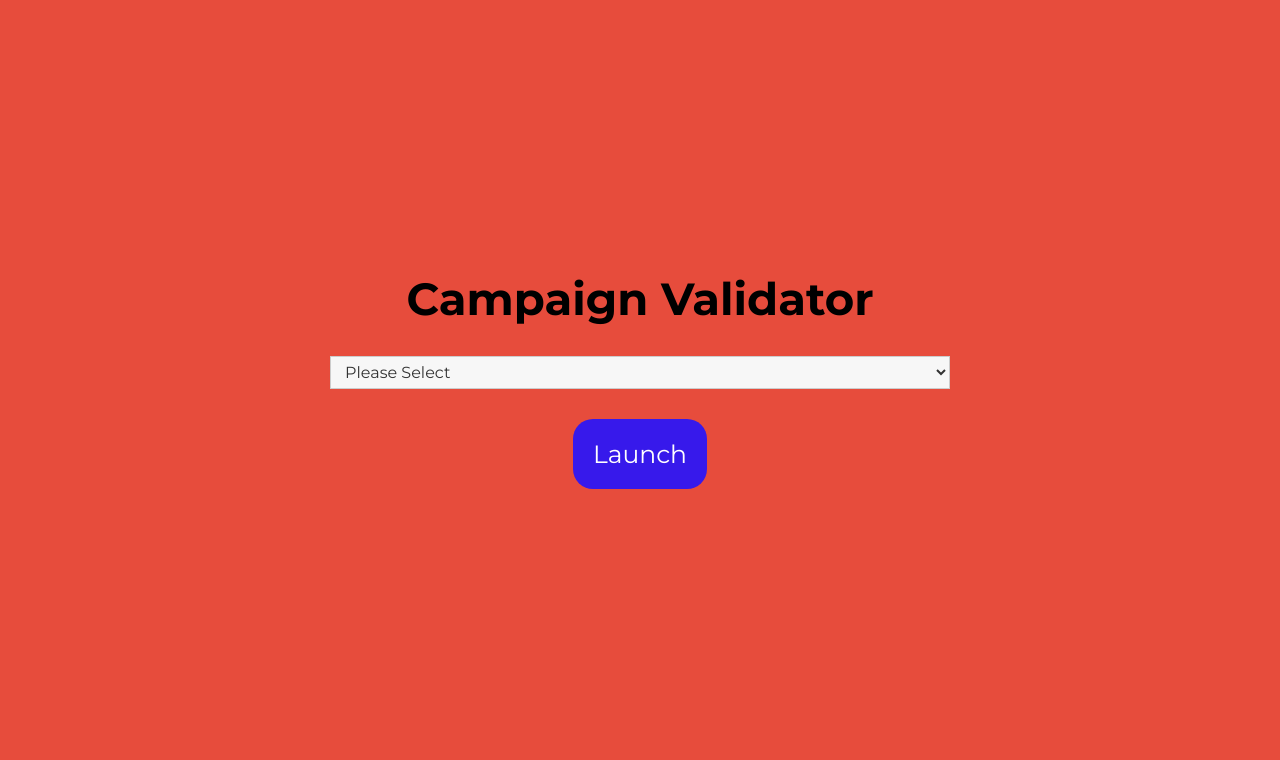
Repository: AbApin/project
Page: / (app in frontend/)
These files come from the project's save history. The page is drawn as it stood at one moment and after the next save; the edit follows.
The browser window is 1280 px wide. The pictures show the whole page.
The page's requests for data from a server got no answer. The project was rebuilt for these pictures with package versions that can differ from the ones it lists, and the page was loaded fresh each time. No one was signed in, and anything a server would have sent is missing. Also part of the build but not shown: frontend/vue.config.js.

Above is the page before, as saved 2023-02-21 16:57:26.

### frontend/public/index.html
<!DOCTYPE html>
<html lang="">
  <head>
    <meta charset="utf-8" />
    <meta http-equiv="X-UA-Compatible" content="IE=edge" />
    <meta name="viewport" content="width=device-width,initial-scale=1.0" />
    <link rel="icon" href="<%= BASE_URL %>favicon.ico" />
    <title><%= htmlWebpackPlugin.options.title %></title>
    <link
      href="https://fonts.googleapis.com/css?family=Montserrat:100,200,300,regular,500,600,700,800,900,100italic,200italic,300italic,italic,500italic,600italic,700italic,800italic,900italic"
      rel="stylesheet"
    />
  </head>
  <body>
    <noscript>
      <strong
        >We're sorry but <%= htmlWebpackPlugin.options.title %> doesn't work properly without
        JavaScript enabled. Please enable it to continue.</strong
      >
    </noscript>
    <div id="app"></div>
    <!-- built files will be auto injected -->
  </body>
</html>

### frontend/src/App.vue
<template>
  <div id="app">
    <h1 class="appTitle">Campaign Validator</h1>
    <select class="campaignsList" v-model="selected">
      <option class="campaignOption" disabled value="">Please Select</option>
      <option
        class="campaignOption"
        :value="campaign"
        v-for="campaign in campaigns"
        :key="campaign"
      >
        {{ campaign.name }}
      </option>
    </select>
    <button class="launchBtn">launch</button>
  </div>
</template>

<script>
import axios from 'axios';

export default {
  name: 'App',
  data() {
    return {
      selected: '',
      campaigns: [],
    };
  },
  async created() {
    await axios
      .get('/campaigns')
      .then((response) => {
        this.campaigns = response.data.campaigns;
      })
      .catch((error) => {
        console.log(error);
      });
  },
};
</script>

<style>
* {
  margin: 0;
  padding: 0;
  box-sizing: 0;
  font-family: 'Montserrat', sans-serif;
}
#app {
  background: #e74c3c;
  display: flex;
  align-items: center;
  justify-content: center;
  flex-direction: column;
  gap: 30px;
  padding: 20px;
  height: 100vh;
}
.appTitle {
  font-size: 45px;
}
.launchBtn {
  font-size: 25px;
  text-transform: capitalize;
  padding: 20px;
  border-radius: 20px;
  border: 0;
  background: rgba(55, 25, 235, 1);
  color: #fff;
  cursor: pointer;
  transition: all 0.3s ease-in;
}
.launchBtn:hover {
  box-shadow: 0 0 10px rgba(55, 25, 235, 1);
}
.campaignsList {
  max-width: 50%;
  width: 100%;
  background-color: #f7f7f7;
  border: 1px solid #ccc;
  color: #333;
  font-size: 16px;
  padding: 5px 10px;
}
.campaignOption {
  -webkit-appearance: none;
  -moz-appearance: none;
  appearance: none;
  padding: 10px !important;
  background: gray;
  color: #fff;
  transition: all 0.3s linear;
}
.campaignOption:hover {
  background: #e74c3c !important;
}
</style>

Loaded but not shown: frontend/src/main.js (common file)

After the next save:
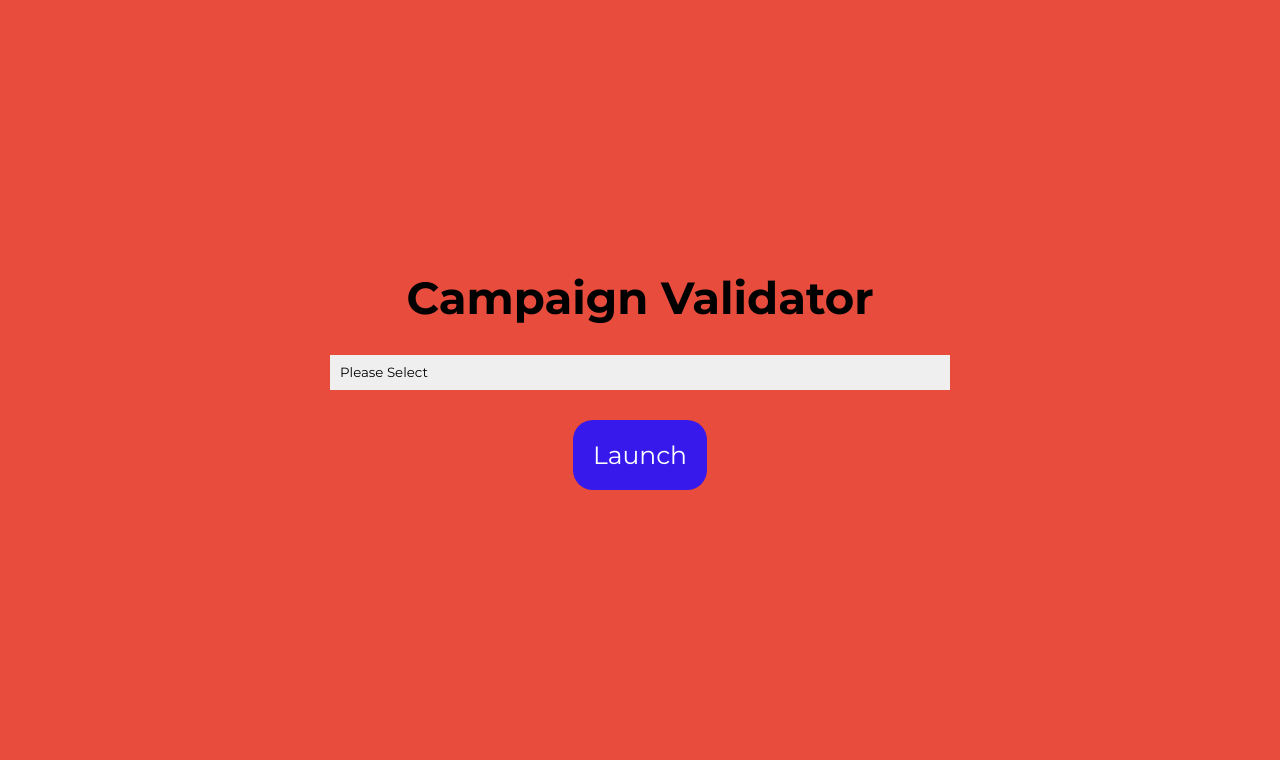
Saved 19 s later.
--- a/frontend/src/App.vue
+++ b/frontend/src/App.vue
@@ -77,11 +77,12 @@ export default {
 .campaignsList {
   max-width: 50%;
   width: 100%;
-  background-color: #f7f7f7;
-  border: 1px solid #ccc;
-  color: #333;
-  font-size: 16px;
-  padding: 5px 10px;
+  border: 0;
+  padding: 10px;
+  outline: 0;
+  -webkit-appearance: none;
+  -moz-appearance: none;
+  appearance: none;
 }
 .campaignOption {
   -webkit-appearance: none;
